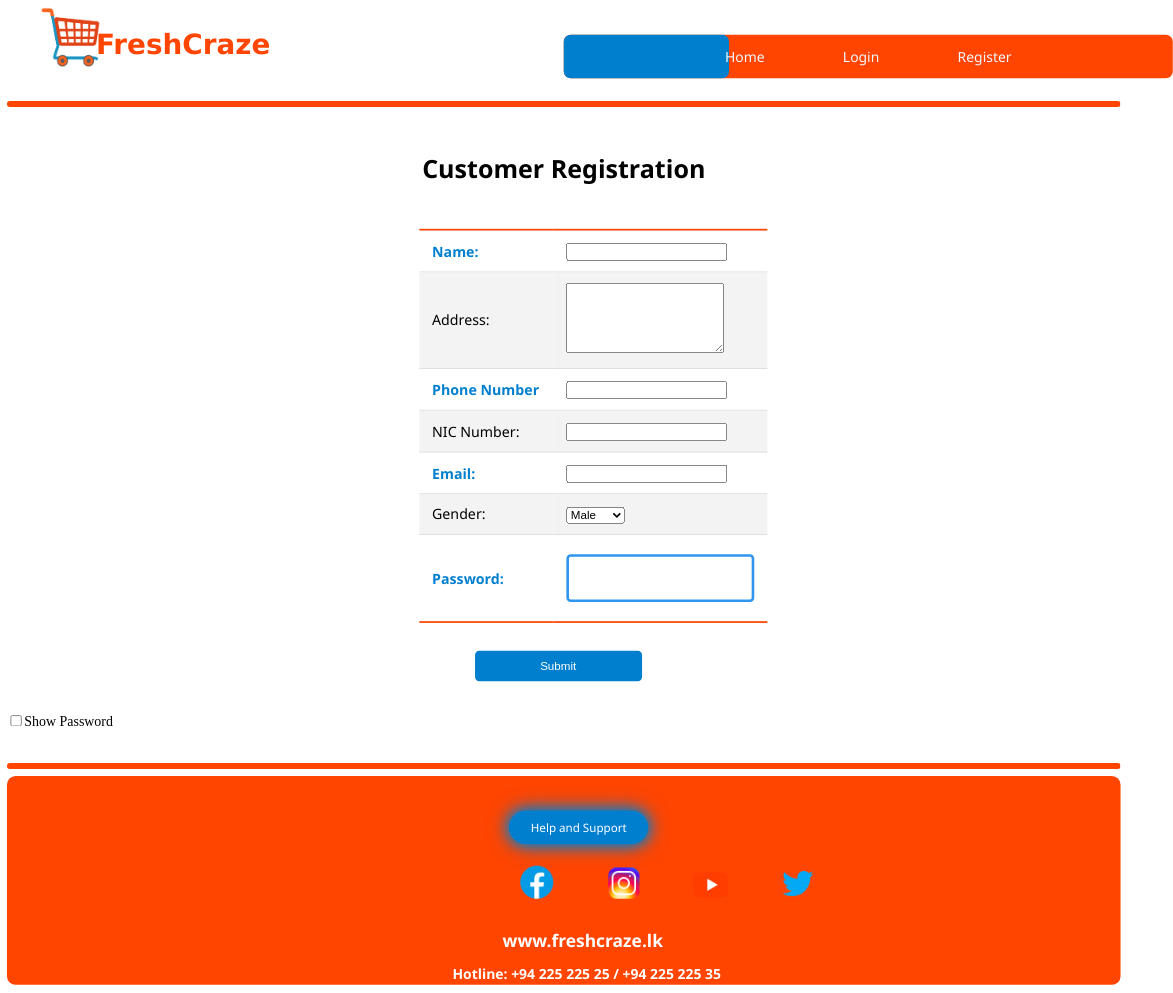
Repository: chamarac2002/FreshCraze
Page: http://localhost/CustomerDemo/customerinsert.jsp
An editor plug-in stored every save of this project. The page is shown before and after the next save, followed by the edit.
The browser window is 1280 px wide. The page is 1348 px wide, so the pictures cover 1348 px, including what lies to the right of the window. The pictures show the whole page, at 87% of full size.
The page is served by Tomcat 9. Nobody is signed in. The application's start-up code is not run.

Above is the page before, as saved 2024-05-11 08:25:54.

After the next save:
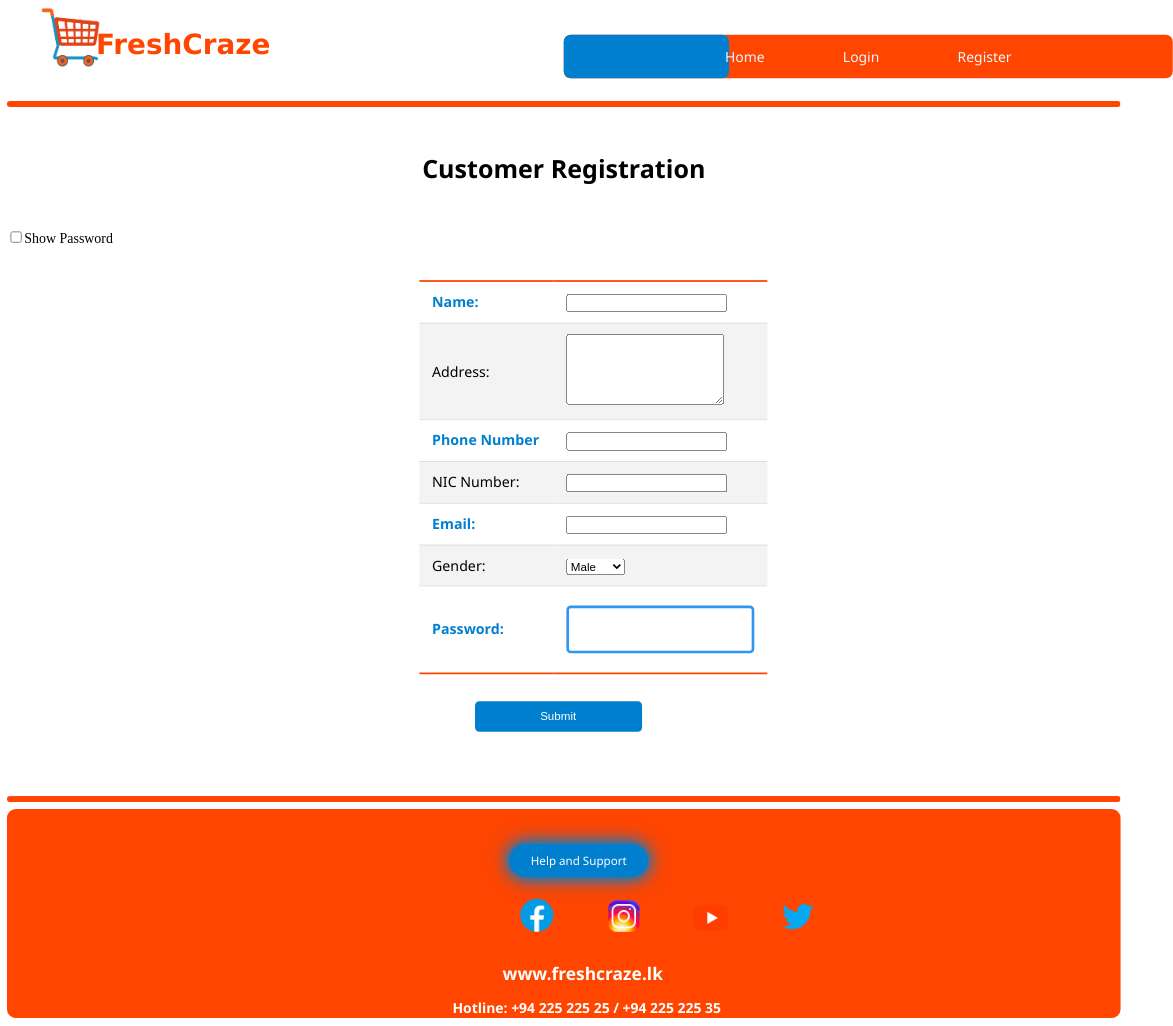
Saved 56 s later.
--- a/CustomerDemo/src/main/webapp/customerinsert.jsp
+++ b/CustomerDemo/src/main/webapp/customerinsert.jsp
@@ -63,14 +63,14 @@
 		<tr class="active-row">
 			<td>Password:</td>
 			<td><input type="password" name="pass" id="myInput"></td>
-
+			<input type="checkbox" onclick="myFunction()">Show Password
 		</tr>
 
     </tbody>
 	</table>
 	<input type="submit" name="submit" class="sub" value="Submit"><br><br><br>
 </form>
-<input type="checkbox" onclick="myFunction()">Show Password
+
 	<script>
 		function myFunction() {
 	 	 var x = document.getElementById("myInput");

After the save that followed:
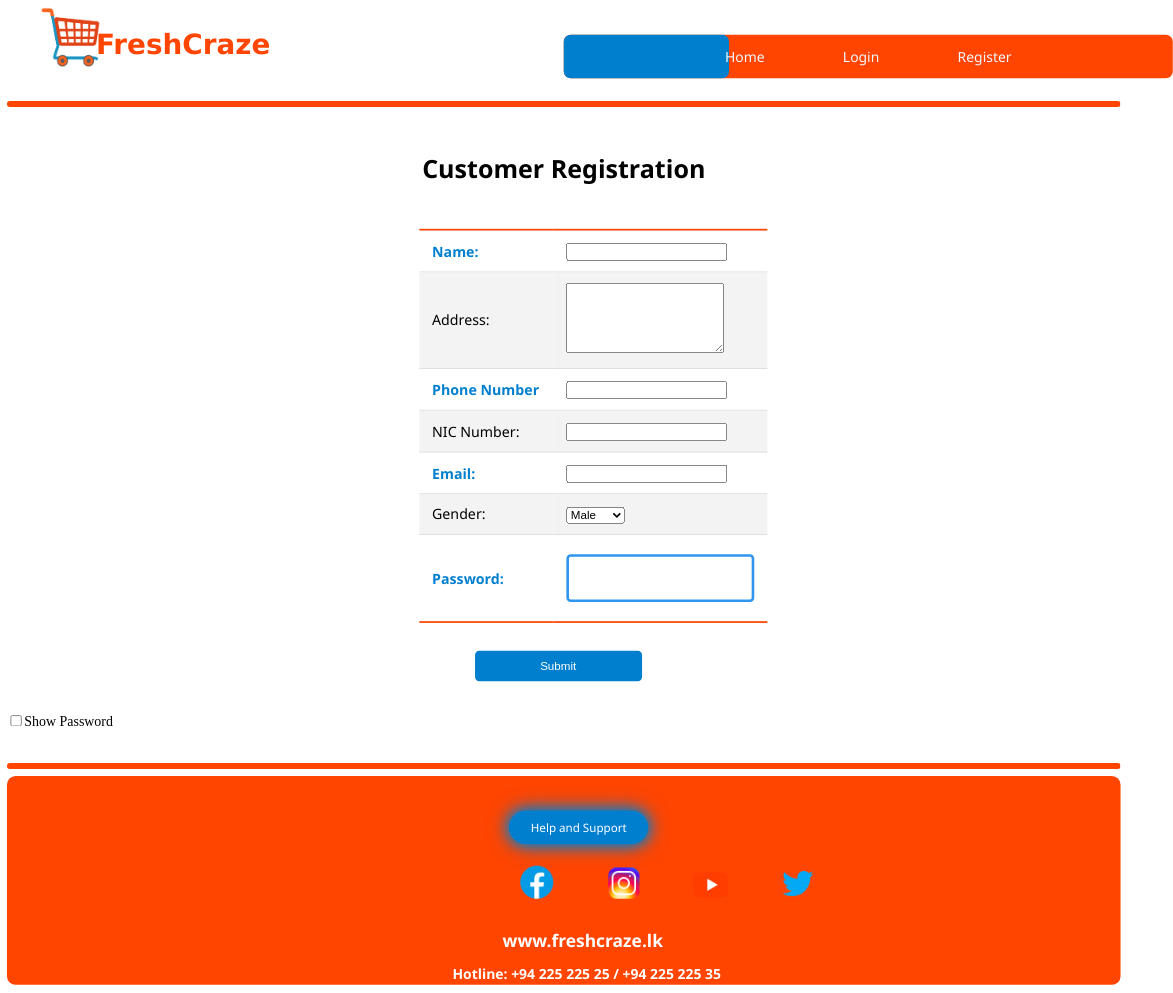
Saved 54 s later.
--- a/CustomerDemo/src/main/webapp/customerinsert.jsp
+++ b/CustomerDemo/src/main/webapp/customerinsert.jsp
@@ -63,14 +63,15 @@
 		<tr class="active-row">
 			<td>Password:</td>
 			<td><input type="password" name="pass" id="myInput"></td>
-			<input type="checkbox" onclick="myFunction()">Show Password
 		</tr>
+
+
 
     </tbody>
 	</table>
 	<input type="submit" name="submit" class="sub" value="Submit"><br><br><br>
 </form>
-
+<input type="checkbox" onclick="myFunction()">Show Password
 	<script>
 		function myFunction() {
 	 	 var x = document.getElementById("myInput");
